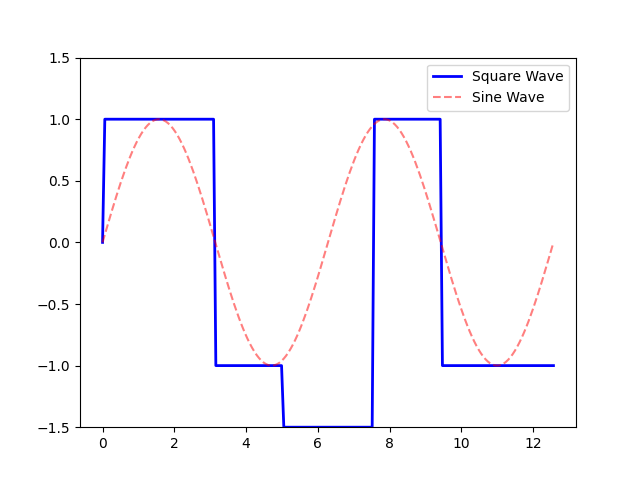
Repository: khulqu15/drone_smc_copppelia
Script's output: python py/realtime.py
These files come from the project's save history. The script's output is drawn as it stood at one moment and after a run of saves; the edit follows.
Animations are shown at an early frame. Random numbers start from a fixed seed.

Above is the script's output before, as saved 2024-06-24 00:42:03.

### py/realtime.py
import numpy as np
import matplotlib.pyplot as plt
from matplotlib.animation import FuncAnimation

# Parameters for the plot
x_len = 200
y_range = [-1.5, 1.5]
fault_start = 80  # Start of the fault in the data array
fault_end = 120   # End of the fault

# Create the figure and axis
fig, ax = plt.subplots()
xs = np.linspace(0, 4 * np.pi, x_len)
ys = np.sin(xs)
square_ys = np.sign(ys)

# Introduce a fixed fault in the square wave
square_ys[fault_start:fault_end] = -1.5  # Set the fault values below the normal range

# Set up the plot
ax.set_ylim(y_range)
line, = ax.plot(xs, square_ys, 'b-', linewidth=2, label='Square Wave')
sine_line, = ax.plot(xs, ys, 'r--', alpha=0.5, label='Sine Wave')
ax.legend()

def update(frame):
    # In the animation function, we only update the sine line as the square wave does not change
    ys = np.sin(xs + frame / 10)
    sine_line.set_ydata(ys)
    return line, sine_line

# Create the animation
ani = FuncAnimation(fig, update, frames=np.arange(0, 400, 1), interval=50, blit=False)
plt.show()

After the next 2 saves:
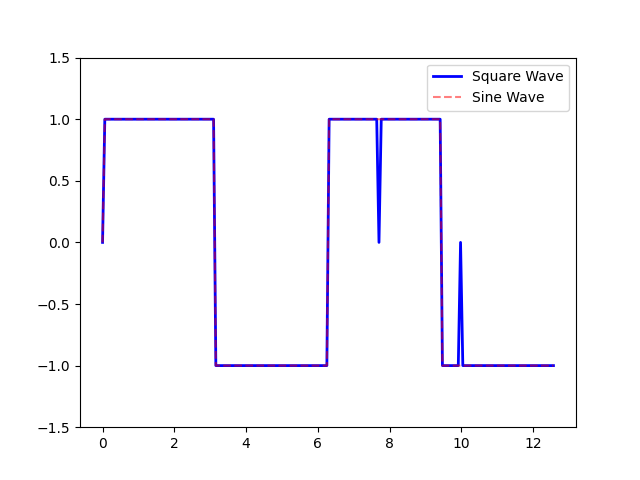
The 2 saves are shown as one change because they came seconds apart.
The last was saved 90 s later.
--- a/py/realtime.py
+++ b/py/realtime.py
@@ -2,33 +2,32 @@ import numpy as np
 import matplotlib.pyplot as plt
 from matplotlib.animation import FuncAnimation
 
-# Parameters for the plot
 x_len = 200
 y_range = [-1.5, 1.5]
-fault_start = 80  # Start of the fault in the data array
-fault_end = 120   # End of the fault
 
-# Create the figure and axis
 fig, ax = plt.subplots()
 xs = np.linspace(0, 4 * np.pi, x_len)
 ys = np.sin(xs)
 square_ys = np.sign(ys)
+ax.set_ylim(y_range)
 
-# Introduce a fixed fault in the square wave
-square_ys[fault_start:fault_end] = -1.5  # Set the fault values below the normal range
-
-# Set up the plot
-ax.set_ylim(y_range)
 line, = ax.plot(xs, square_ys, 'b-', linewidth=2, label='Square Wave')
 sine_line, = ax.plot(xs, ys, 'r--', alpha=0.5, label='Sine Wave')
 ax.legend()
 
+def introduce_faults(square_wave, fault_probability=0.05, fault_amplitude=0):
+    fault_indices = np.random.rand(len(square_wave)) < fault_probability
+    square_wave[fault_indices] = fault_amplitude
+    return square_wave
+
 def update(frame):
-    # In the animation function, we only update the sine line as the square wave does not change
     ys = np.sin(xs + frame / 10)
-    sine_line.set_ydata(ys)
+    square_ys = np.sign(ys)
+    faulty_square_ys = introduce_faults(square_ys.copy(), fault_probability=0.01, fault_amplitude=0)
+
+    line.set_ydata(faulty_square_ys)
+    sine_line.set_ydata(square_ys)
     return line, sine_line
 
-# Create the animation
 ani = FuncAnimation(fig, update, frames=np.arange(0, 400, 1), interval=50, blit=False)
 plt.show()
